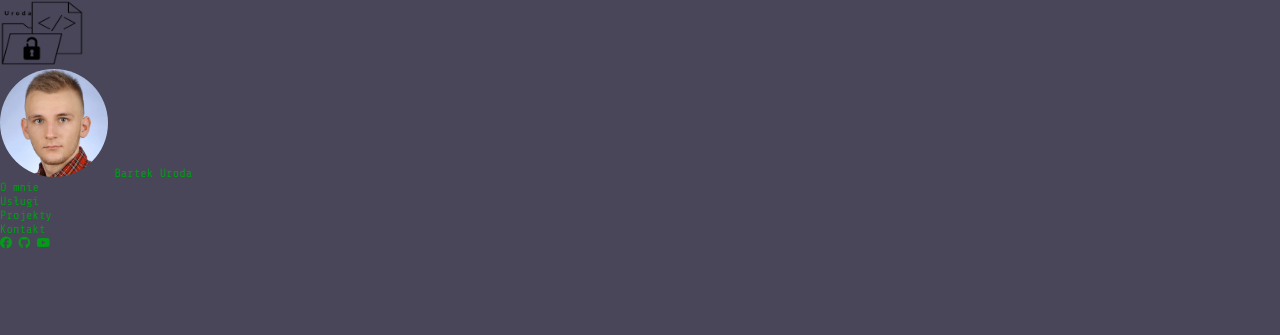
Repository: BartekUroda/portfolio
Page: index.html
The author's editor kept a copy of each file at every save. The page is drawn from the files as they stood at one save, then again after the next save.
The browser window is 1280 px wide. The pictures show the whole page.
Some web libraries are served in a nearby version.

Above is the page before, as saved 2020-10-26 17:52:01.

### index.html
<!DOCTYPE html>
<html lang="en">
<head>
    <meta charset="UTF-8">
    <meta name="viewport" content="width=device-width, initial-scale=1.0">
    <title>Portfolio-Bartek Uroda</title>
    <link rel="stylesheet" type="text/css" href="css/style.css">
    <script src="js/script.js"></script>
    <link href="https://fonts.googleapis.com/css2?family=Poppins&sfamily=Share+Tech+Mono&display=swap" rel="stylesheet">
    <script src="https://kit.fontawesome.com/056e5c10dc.js" crossorigin="anonymous"></script>
    <link rel="shortcut icon" type="image/x-icon" href="images/favicon.ico" />
</head>
 <body>
    <header>
        <div class="container">
            <nav>
                <div class="nav-brand">
                    <a href="index.html">
                        <img src="images/logo.png" alt="Uroda">
                    </a>
                </div>
                <div class="burger-menu-icon">
                    <div class="line1"></div>
                    <div class="line2"></div>
                    <div class="line3"></div>
                </div>
                <ul class="nav-list">
                    <li class="nav-item">
                      <a href="#landing-page">
                        <img
                          src="images/profile.jpeg"
                          alt="Bartek Uroda"
                          class="profile-pic nav-link"
                        >
                        <span class="caption nav-link">Bartek Uroda</span>
                      </a>
                    </li>
                    <li class="nav-item">
                      <a href="#about" class="nav-link">O mnie</a>
                    </li>
                    <li class="nav-item">
                      <a href="#services" class="nav-link">Usługi</a>
                    </li>
                    <li class="nav-item">
                      <a href="#projects" class="nav-link">Projekty</a>
                    </li>
                    <li class="nav-item">
                      <a href="#contact" class="nav-link">Kontakt</a>
                    </li>
                    <li class="nav-item">
                      <a href="https://www.facebook.com/bartlomiej.uroda.3" target="_blank" class="nav-link">
                        <i class="fab fa-facebook"></i>
                      </a>
                      <a href="https://github.com/Urodii" target="_blank" class="nav-link">
                        <i class="fab fa-github"></i>
                      </a>
                      <a href="https://www.youtube.com/channel/UCzT1h5RNvmbtrmKT5hPjyAg?view_as=subscriber" target="_blank" class="nav-link">
                        <i class="fab fa-youtube"></i>
                      </a>
                    </li>
                  </ul>
            </nav>
        </div>
    </header>
 </body>
</html>

### css/style.css
/* ----------GLOBAL STYLES---------- */
*,
*::before,
*::after {
  margin: 0;
  padding: 0;
  box-sizing: inherit;
}
html {
    font-family: "Share Tech Mono", monospace;
    font-size: 12px;
    box-sizing: border-box;
    scroll-behavior: smooth;
    color: #e7e7e7;
    background: rgb(72, 70, 88);
}

a {
    text-decoration: none;
    color: rgb(3, 155, 23);
}

a:hover {
    color: rgba(249, 105, 14, 1);
}

ul {
    list-style: none;
}

p {
    font-size: 1.4rem;
}

img {
    width: 100%;
    max-width: 100%;
    height: auto;
}
/* ----------HEADER---------- */
header {
    width: 100%;
    height: 5rem;
    position: absolute;
    top: 0;
    left: 0;
    z-index: 1;
}
.contenier {
    width: 100%;
    max-width: 90rem;
    margin: 0 auto;
    padding: 0 1.5rem;
}
.nav-brand {
    width: 7rem;
}
.profile-pic {
    height: 9rem;
    width: auto;
    border-radius: 50%;
}

Loaded but not shown: js/script.js (no stored copy; drawn as an empty file)

After the next save:
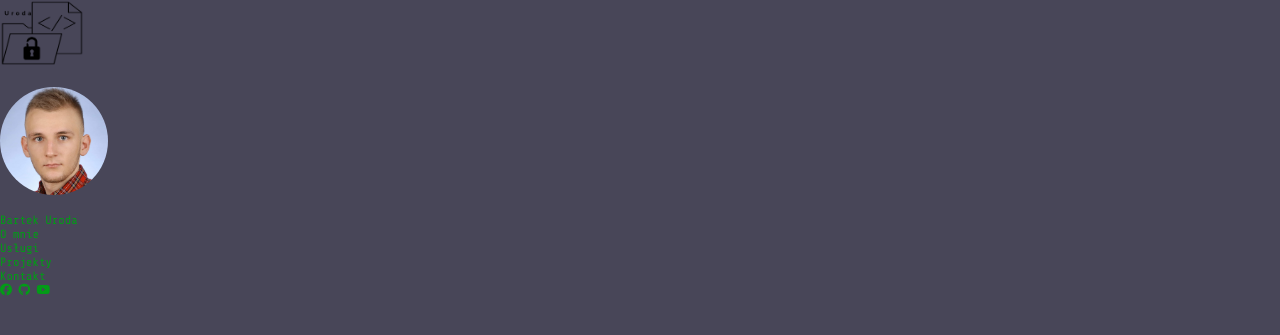
Saved 2 min 48 s later.
--- a/css/style.css
+++ b/css/style.css
@@ -59,4 +59,6 @@ header {
     height: 9rem;
     width: auto;
     border-radius: 50%;
+    display: block;
+    margin: 1.5rem 0;
 }
